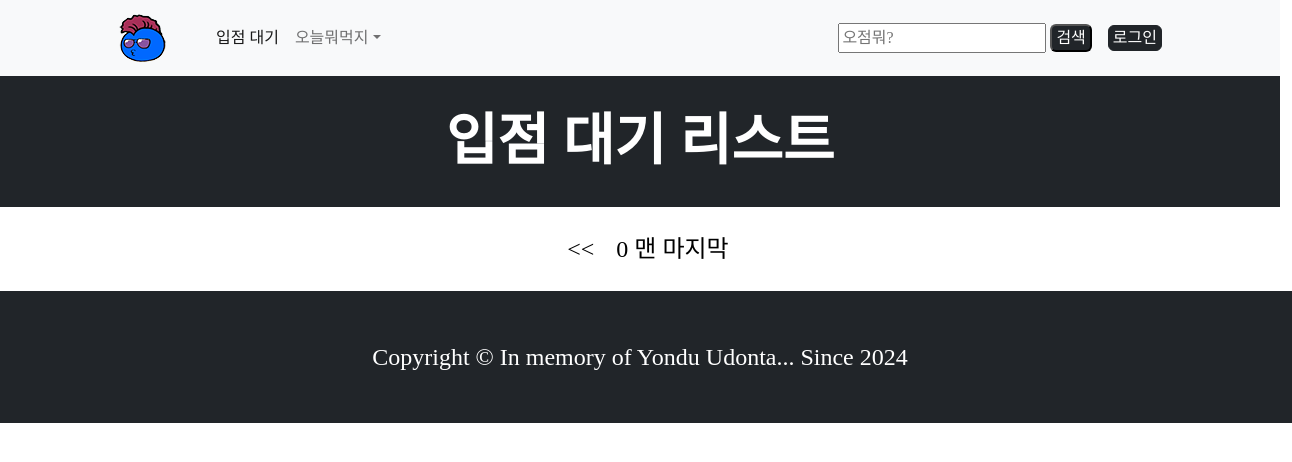
Repository: ashwan94/ydzone
Page: http://localhost/YonduZone/restaurant/vote
An editor plug-in stored every save of this project. The page is shown before and after the next save, followed by the edit.
The browser window is 1280 px wide. The page is 1292 px wide, so the pictures cover 1292 px, including what lies to the right of the window. The pictures show the whole page.
Some web fonts or font styles are not loaded; a fallback is used. The page is served by Tomcat 9.

Above is the page before, as saved 2024-05-02 12:56:57.

After the next save:
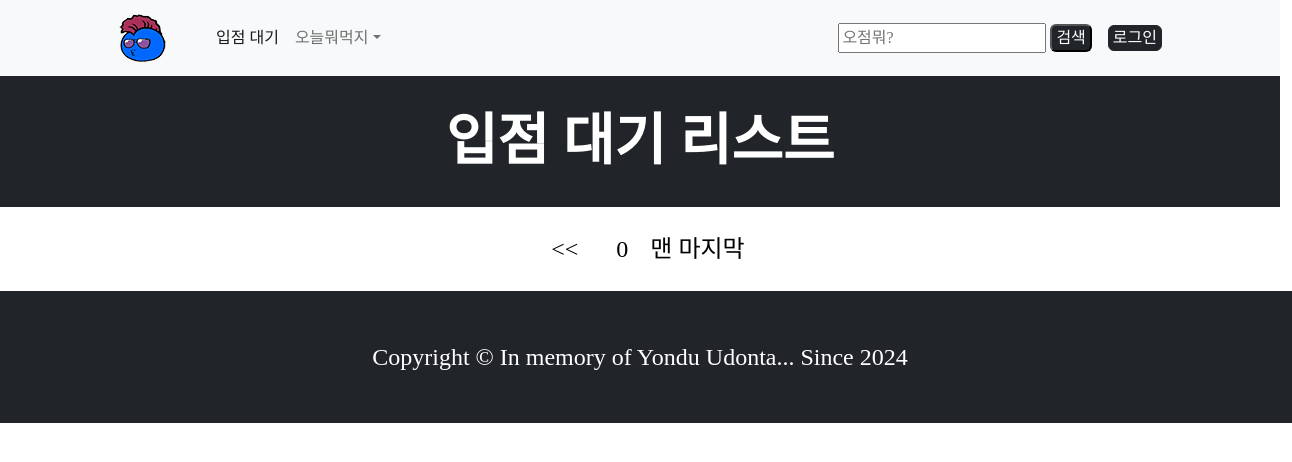
Saved 28 s later.
--- a/YonduZone/src/main/webapp/WEB-INF/views/restaurant/stanby.jsp
+++ b/YonduZone/src/main/webapp/WEB-INF/views/restaurant/stanby.jsp
@@ -159,11 +159,11 @@
 	<!-- 디자이너가 작업할 수 있도록 조치함 -->
 	<!-- 표시할 게시물이 없으면 '이전' button 을 표시는 하지만, 작동하지 않도록 조치 -->
 	<c:if test="${pagination.currentPageNo <= 1 }">
-		<a href="#">이전</a>
+		<a href="#" class="mx-3">&lt;</a>
 	</c:if>
 
 	<c:forEach begin="${pagination.firstPageNoOnPageList }" end="${pagination.lastPageNoOnPageList }" var="pageNo">
-		<a href="/restaurant/stanby?currentPageNo=${pageNo }&userNo=${sessionScope.user.no}">${pageNo }</a>
+		<a href="/restaurant/stanby?currentPageNo=${pageNo }&userNo=${sessionScope.user.no}" class="mx-3">${pageNo }</a>
 	</c:forEach>
 
 	<c:if test="${pagination.currentPageNo < pagination.totalPageCount}">
